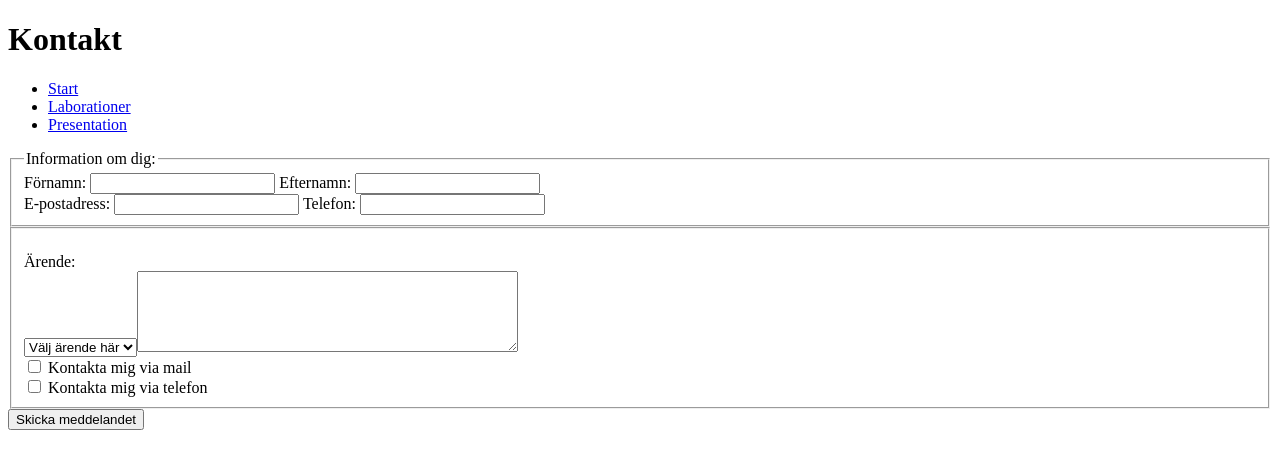
Repository: Martin-Carlsson85/HTML-och-CSS
Page: pages/kontakt.html
The author's editor kept a record of every edit. The page is drawn from the files as they stood at one moment, then again after the next edit.
The browser window is 1280 px wide. The pictures show the whole page.

Above is the page before.

After the next edit:
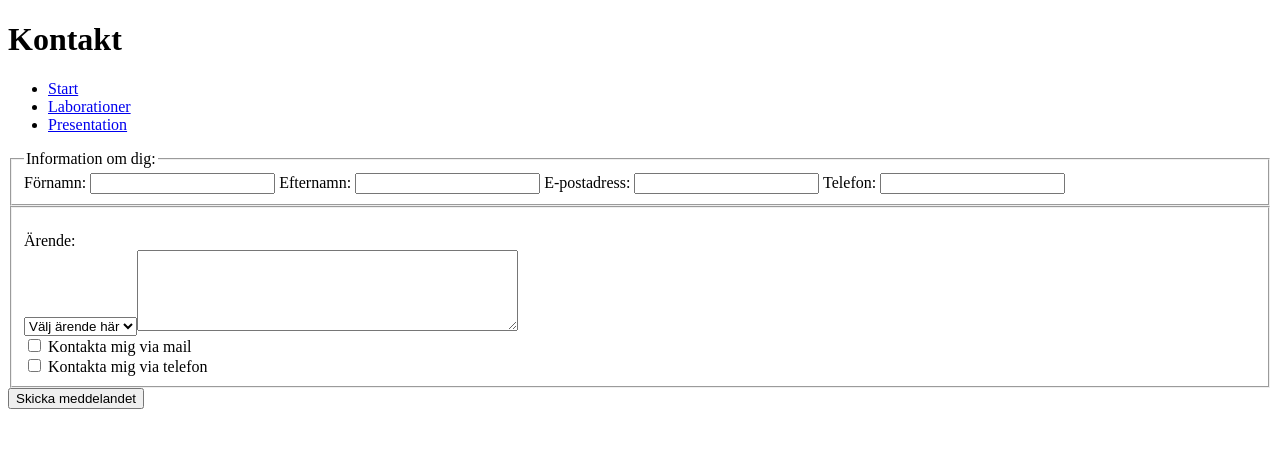
The edit:
--- a/pages/kontakt.html
+++ b/pages/kontakt.html
@@ -26,7 +26,7 @@
             <input type="text" name="fnamn" id="fnamn" />
 
             Efternamn:
-            <input type="text" name="enamn" id="enamn" /> <br />
+            <input type="text" name="enamn" id="enamn" />
 
             E-postadress:
             <input type="text" name="epost" id="epost" />
